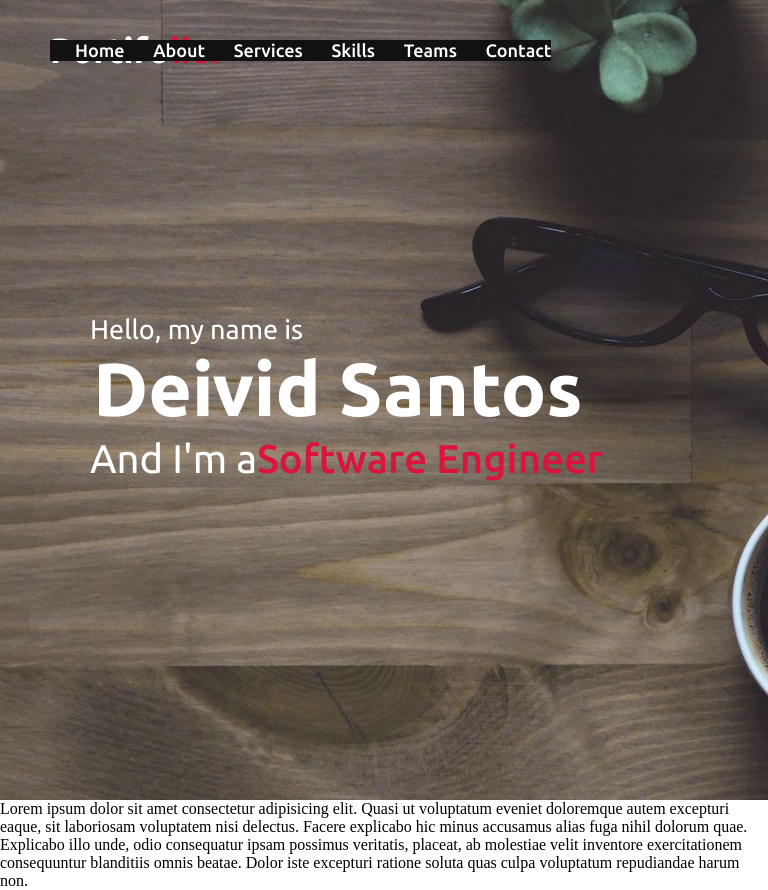
Repository: deividwsantoss/portfolio
Page: index.html
These files come from the project's save history. The page is drawn as it stood at one moment and after the next save; the edit follows.
The browser window is 768 px wide. The pictures show the whole page.
Some web libraries are served in a nearby version.

Above is the page before, as saved 2021-03-01 21:13:23.

After the next save:
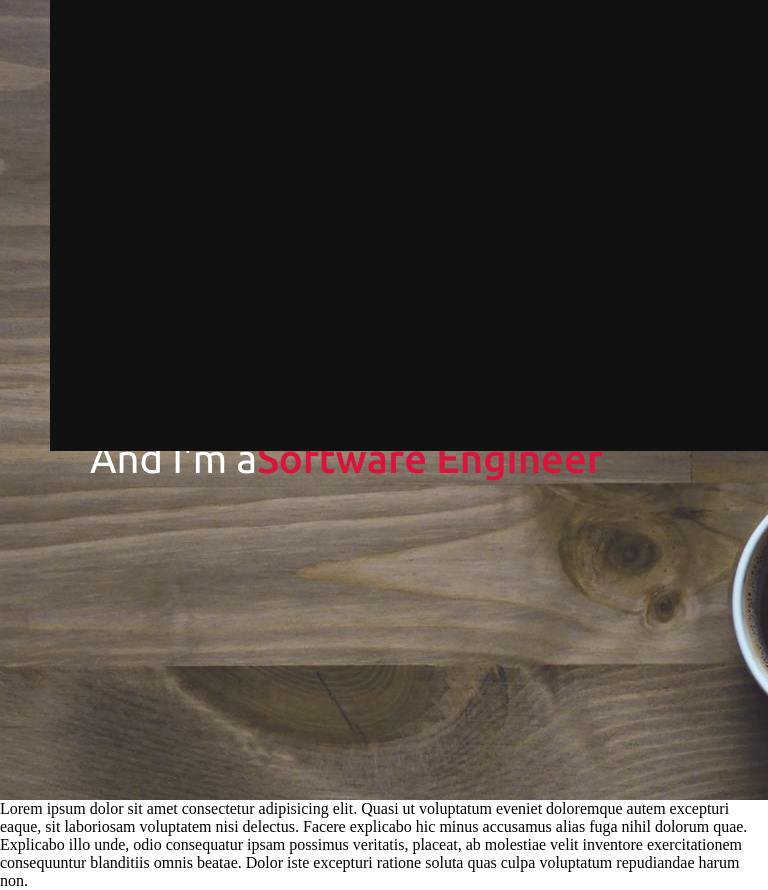
Saved 18 s later.
--- a/Content/style.css
+++ b/Content/style.css
@@ -108,6 +108,8 @@
     }
     .navbar .menu {
         position: fixed;
+        height: 100vh;
+        width: 100%;
         background:#111;
 
     }
